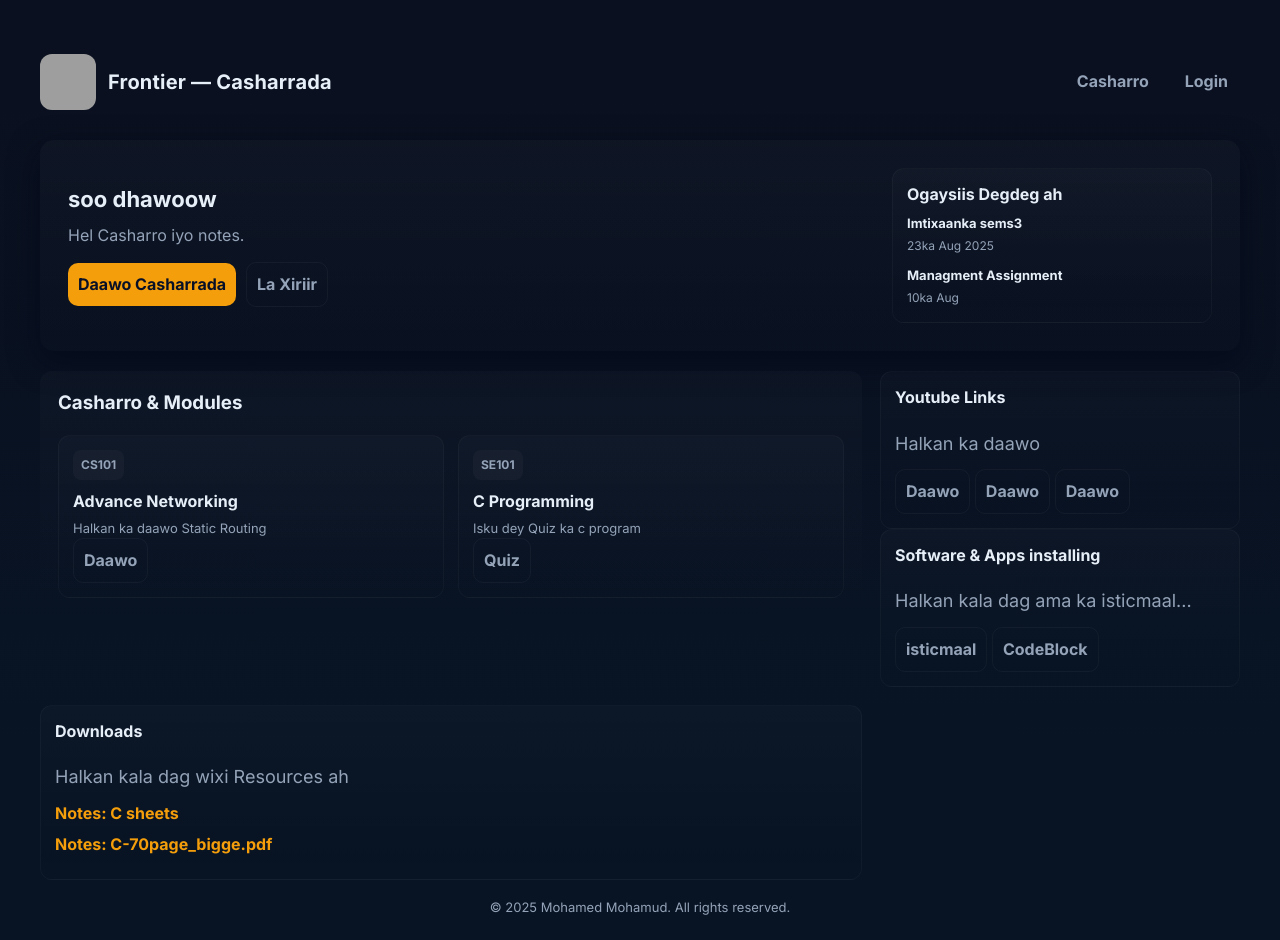
Repository: mrfiiqane/Al-Tacaawun.com
Page: index.html
An editor plug-in stored every save of this project. The page is shown before and after a run of saves, followed by the edit.
The browser window is 1280 px wide. The pictures show the whole page.
Pictures or frames that could not be fetched are drawn as grey boxes.

Above is the page before, as saved 2025-08-12 09:02:27.

### index.html
<!doctype html>
<html lang="en">
<head>
  <meta charset="utf-8" />
  <meta name="viewport" content="width=device-width,initial-scale=1" />
  <title>Jaamacadda — Casharrada</title>
  <link rel="stylesheet" href="./style.css">

  <!-- Google Font (optional) -->
  <link href="https://fonts.googleapis.com/css2?family=Inter:wght@300;400;600;700&display=swap" rel="stylesheet">

</head>
<body>
  <div class="wrap">

    <header>
      <div class="brand">
        <div class="logo"></div>
        <div>
          <h1 class="site-title">Frontier — Casharrada</h1>
        </div>
      </div>

      <nav aria-label="Primary">
        <a href="#courses">Casharro</a>
        <a href="./Singin.html">Login</a>
      </nav>
    </header>

    <section class="hero">
      <div class="hero-left">

        <h2>soo dhawoow</h2>
        <p>Hel Casharro iyo notes.</p>

        <div class="cta-row">
          <a class="btn" href="#courses">Daawo Casharrada</a>
          <a class="btn secondary" href="#contact">La Xiriir</a>
        </div>
      </div>

      <div class="hero-right card">
        <h4 style="margin:0 0 8px 0">Ogaysiis Degdeg ah</h4>
        <ul class="ann-list">
          <li class="ann"><div><b>Imtixaanka sems3</b><small> 23ka Aug 2025</small></div></li>
          <li class="ann"><div><b>Managment Assignment</b><small> 10ka Aug</small></div></li>
        </ul>
      </div>
    </section>

    <div class="grid">
      <main>
        <!-- Courses -->
        <div id="courses" class="section">
          <h3 style="margin-top:0">Casharro & Modules</h3>
          <div class="courses">
            <article class="course">
              <span class="code">CS101</span>
              <h3>Advance Networking</h3>
              <p>Halkan ka daawo Static Routing</p>
              <a class="btn secondary" href="https://youtu.be/i_kWL7zncr0?si=UCBDJ3CswC6rXT9E" >Daawo</a>
            </article>
            <article class="course">
              <span class="code">SE101</span>
              <h3>C Programming</h3>
              <p>Isku dey Quiz ka c program</p>
              <a class="btn secondary" href="https://quiz-with-c.vercel.app/" >Quiz</a>
            </article>



          </div>
        </div>



      </main>

      <!-- Sidebar -->
      <aside>
        <div class="card">
          <h4 style="margin-top:0">Youtube Links</h4>
          <p class="site-sub">Halkan ka daawo</p>
          <ul style="margin:12px 0 0 0; padding:0; list-style:none;">
            <a class="btn secondary" href="https://youtu.be/eYBJgoVVvV4" >Daawo</a>
            <a class="btn secondary" href="https://youtu.be/OuTGAZUUJFI" >Daawo</a>
            <a class="btn secondary" href="https://youtu.be/sqkx3KoNXKo" >Daawo</a>
          </ul>
        </div>
        <div class="card">
          <h4 style="margin-top:0">Software & Apps installing</h4>
          <p class="site-sub">Halkan kala dag ama ka isticmaal...</p>
          <ul style="margin:12px 0 0 0; padding:0; list-style:none;">
            <a class="btn secondary" href="https://www.programiz.com/c-programming/online-compiler/" >isticmaal</a>
            <a class="btn secondary" href="https://sourceforge.net/projects/codeblocks/files/Binaries/25.03/Windows/codeblocks-25.03mingw-setup.exe/download" >CodeBlock</a>

          </ul>
        </div>

      </aside>
      <aside>
        <div class="card">
          <h4 style="margin-top:0">Downloads</h4>
          <p class="site-sub">Halkan kala dag wixi Resources ah</p>
          <ul style="margin:12px 0 0 0; padding:0; list-style:none;">
            <li style="margin-bottom:8px"><a href="./images/cheat_sheet_c.pdf" download="" style="color:var(--accent); text-decoration:none; font-weight:700">Notes: C sheets</a></li>
            <li style="margin-bottom:8px"><a href="./images/C-70page-begginers.pdf" download="" style="color:var(--accent); text-decoration:none; font-weight:700">Notes: C-70page_bigge.pdf</a></li>
          </ul>
        </div>

      </aside>
    </div>

    <footer>
      © <span id="year"></span> 2025 Mohamed Mohamud. All rights reserved.
    </footer>

  </div>

</body>
</html>

### style.css
:root{
      --bg:#0f1724;
      --card:#0b1220;
      --accent:#F59E0B;
      --muted:#94a3b8;
      --glass: rgba(255,255,255,0.04);
      --radius:14px;
      --maxw:1200px;
      font-family: "Inter", system-ui, -apple-system, "Segoe UI", Roboto, "Helvetica Neue", Arial;
    }
    *{box-sizing:border-box}
    html,body{
      height:80%
      width:80%
    }
    body{
      margin:0;
      background: linear-gradient(180deg,#0a101f 10%, #081424 80%);
      color:#e6eef8;
      -webkit-font-smoothing:antialiased;
      -moz-osx-font-smoothing:grayscale;  /* //waa maxay */
      line-height:1.45;
      padding:24px;
      display:flex;
      justify-content:center;
    }
    .wrap{
      width:100%;
      max-width:var(--maxw);

    }

    /* Header */
    header{
      display:flex;
      align-items:center;
      justify-content:space-between;
      gap:16px;
      margin: 30px auto;
    }
    .brand{
      display:flex;
      align-items:center;
      gap:12px;
    }
    .logo{
      background-image: url('https://encrypted-tbn0.gstatic.com/images?q=tbn:ANd9GcTuMOF6fEdt8Zlo2HOTVPE4MufJVdZzyfTKlA&s');
      background-size:cover;
      background-position:center;
      background-repeat:no-repeat;
      width:56px;
      height:56px;
      border-radius:12px;
      display:flex;
      align-items:center;
      justify-content:center;
      font-weight:700;
      font-size:20px;
    }
    h1.site-title{
      margin:0;
      font-size:20px;
      letter-spacing:0.2px;
    }
    p.site-sub{ margin:0; color:var(--muted); font-size:18px }

    nav{
      display:flex;
      gap:12px;
      align-items:center;
    }
    nav a{
      color:var(--muted);
      text-decoration:none;
      font-weight:800;
      padding:8px 12px;
      border-radius:10px;
    }
    nav a:hover{ color:#fff; background:var(--glass) }

    /* Hero */
    .hero{
      background: linear-gradient(180deg, rgba(255,255,255,0.02), transparent);
      border-radius: var(--radius);
      padding:28px;
      display:flex;
      gap:24px;
      align-items:center;
      margin-bottom:20px;
      box-shadow: 0 10px 30px rgba(2,6,23,0.6);
    }
    .hero-left{flex:1}
    .hero-right{ width:320px; min-width:220px }
    .hero h2{ margin:0 0 8px 0; font-size:22px }
    .hero p{ margin:0 0 14px 0; color:var(--muted) }

    .cta-row{ display:flex; gap:10px; align-items:center }
    .btn{
      background:var(--accent);
      color:#081028;
      padding:10px;
      border-radius:10px;
      font-weight:700;
      border:none;
      cursor:pointer;
      text-decoration:none;
      display:inline-block;
    }
    .btn.secondary{
      background:transparent;
      color:var(--muted);
      border:1px solid rgba(255,255,255,0.04);
    }

    /* Grid */
    .grid{
      display:grid;
      gap:18px;
      grid-template-columns: 1fr 360px;
    }

    /* Main content */
    main{ background:transparent }
    .section{
      background: linear-gradient(180deg, rgba(255,255,255,0.02), transparent);
      padding:18px;
      border-radius:12px;
      margin-bottom:16px;
    }

    /* Courses */
    .courses{
      display:grid;
      grid-template-columns: repeat(auto-fit,minmax(230px,1fr));
      gap:14px;
    }
    .course{
      background:linear-gradient(180deg, rgba(255,255,255,0.02), transparent);
      padding:14px;
      border-radius:12px;
      border:1px solid rgba(255,255,255,0.03);
      transition:transform .18s ease, box-shadow .18s ease;
    }
    .course:hover{ transform:translateY(-6px); box-shadow:0 12px 30px rgba(2,6,23,0.6) }
    .code{
      display:inline-block;
      background:rgba(255,255,255,0.03);
      padding:6px 8px;
      border-radius:8px;
      color:var(--muted);
      font-weight:700;
      font-size:12px;
    }
    .course h3{ margin:10px 0 6px 0; font-size:16px }
    .course p{ margin:0; color:var(--muted); font-size:13px }

    /* Sidebar cards */
    .card{
      background: linear-gradient(180deg, rgba(255,255,255,0.02), transparent);
      padding:14px;
      border-radius:12px;
      border:1px solid rgba(255,255,255,0.03);
    }
    .ann-list{ list-style:none; margin:0; padding:0; display:flex; flex-direction:column; gap:10px }
    .ann{
      display:flex; gap:10px; align-items:flex-start;
    }
    .ann b{ display:block; font-size:13px }
    .ann small{ color:var(--muted); font-size:12px }

    footer{
      margin-top:18px; text-align:center; color:var(--muted); font-size:13px;
    }

    /* Responsive */
    @media (max-width:768px){
    header{
      display:block;
      align-items:center;
      justify-content:space-around;
      gap:5px;
      margin-bottom:22px;
    }
    .hero, .grid{
      display: flex;
      flex-direction: column;
    }

    nav{
      gap:5px;
      justify-content: end;
    }
    .btn{
      padding:10px;
    }

    }

After the next 2 saves:
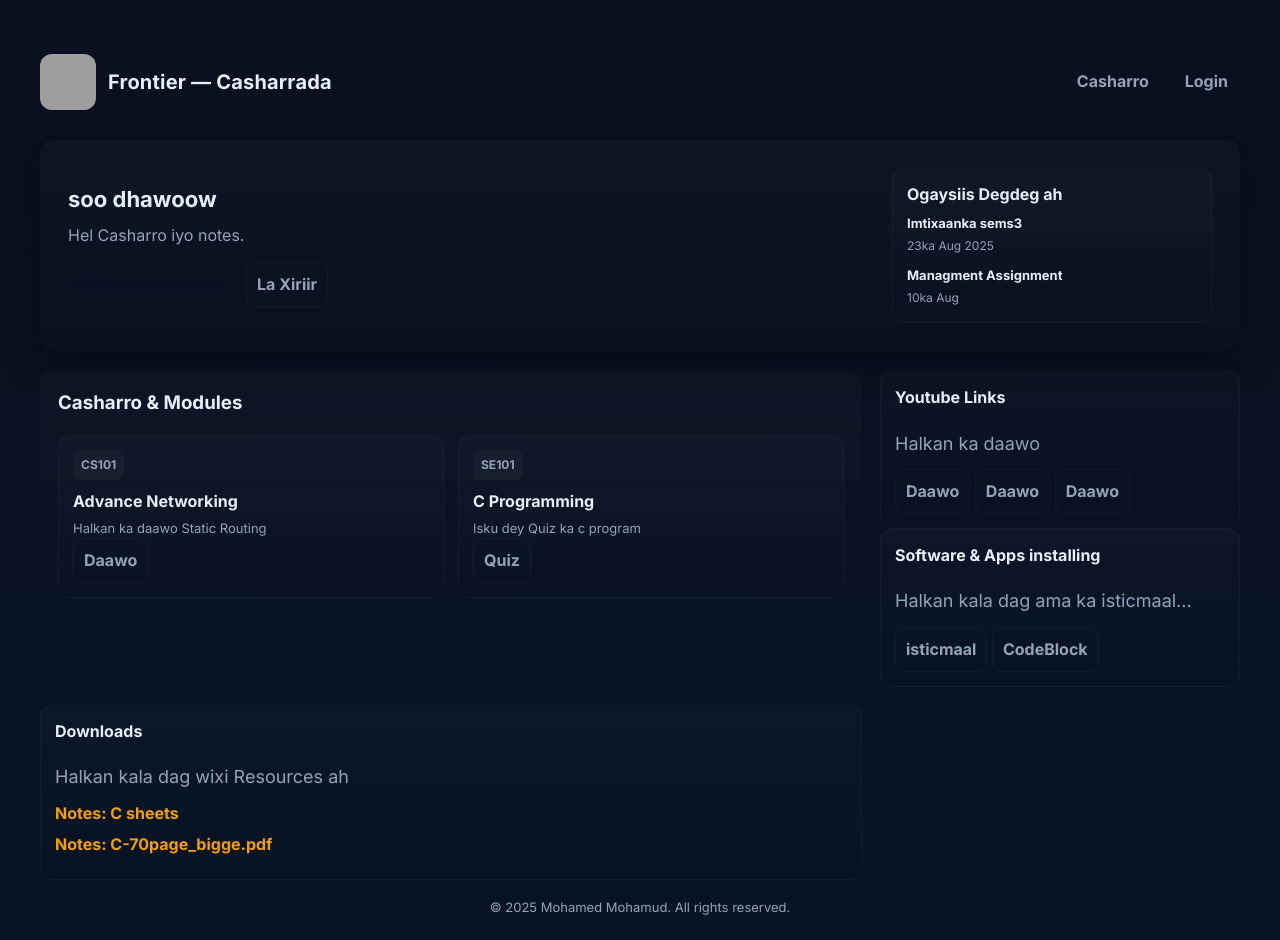
The 2 saves are shown as one change because they came seconds apart.
The last was saved 12 s later.
--- a/style.css
+++ b/style.css
@@ -96,7 +96,7 @@
 
     .cta-row{ display:flex; gap:10px; align-items:center }
     .btn{
-      background:var(--accent);
+      background:transparent;
       color:#081028;
       padding:10px;
       border-radius:10px;
